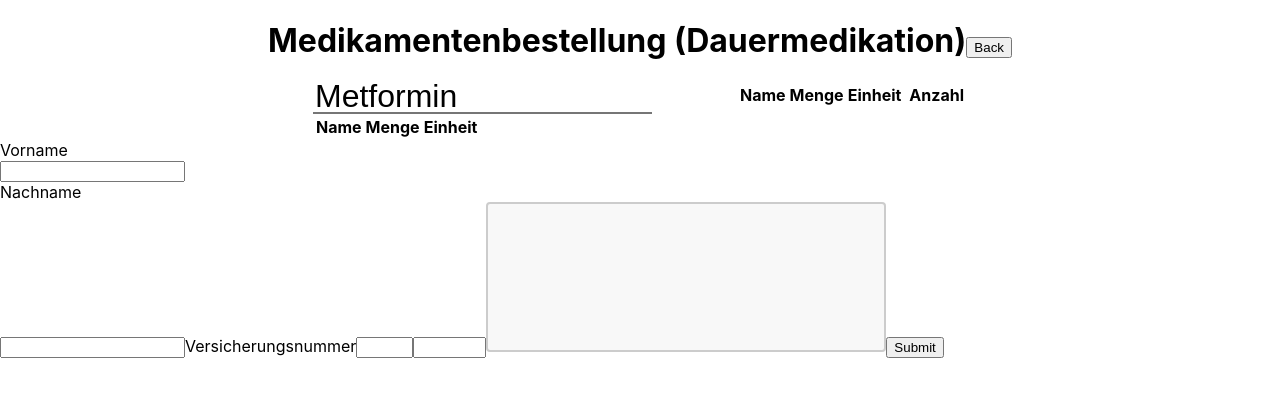
Repository: Esatollah/MedDemo
Page: / (app in client/)
The author's editor kept a copy of each file at every save. The page is drawn from the files as they stood at one save, then again after the next save.
The browser window is 1280 px wide. The pictures show the whole page.
The page's requests for data from a server got no answer. The project was rebuilt for these pictures with package versions that can differ from the ones it lists, and the page was loaded fresh each time. No one was signed in, and anything a server would have sent is missing. Also part of the build but not shown: client/src/App.css, client/src/Routes/Bestellungen.jsx.

Above is the page before, as saved 2022-06-09 16:15:25.

### client/src/App.js
import './App.css';
import SearchBar from './Routes/Search';
import {BrowserRouter, Routes, Route} from 'react-router-dom'
import Bestellungen from './Routes/Bestellungen';
import ReactModal from 'react-modal';

ReactModal.setAppElement('#root')
function App() {
  return (
    <BrowserRouter>
    <Routes>
      <Route path='/' element={<div><SearchBar/></div>}/>
      <Route path='/bestellungen' element={<div><Bestellungen/></div>}/>
    </Routes>
    </BrowserRouter>
  );
}

export default App;

### client/src/Routes/Search.jsx
import React, { useState, useEffect } from 'react'
import DrugAPI from '../api/DrugAPI';
import Form from '../components/Form';
import './Search.css'


const Search = () => {

  const [searchinput, setSearchinput] = useState("Metformin");
  const [drugs, setDrugs] = useState([]);
  const [cartitems, setCartitems] = useState([]);

  useEffect(() => {
    const fetchData = async () => {
      try {
        const result = await DrugAPI.get(`/?drugsearch=${searchinput}`)
        setDrugs(result.data.meds)
      } catch (err) {
        console.error(err);
      }
    }

    fetchData();

  }, [searchinput])

  const handleDrugClick = (e, x) => {
    const is_in_cart = cartitems.some(y => {
      if (y.id === x.id) {
        return true;
      }

      return false;
    })

    if (is_in_cart) {
      return
    }
    let temp = { ...x, anzahl: "1" }
    setCartitems([...cartitems, temp]);
  }

  const handleDelete = (e, x, index) => {
    let temp = [...cartitems]

    temp.splice(index, 1);

    setCartitems(temp);
  }

  const handleCountchange = (e, x, index) => {
    let temps = [...cartitems]
    let temp = {
      ...temps[index],
      anzahl: e.target.value
    }
    temps[index] = temp
    setCartitems(temps);

  }


  return (
    <>
      <h1>Medikamentenbestellung (Dauermedikation)<a href='/bestellungen'><button >Back</button></a></h1>
      <div className='order-container'>
        <div className='search-container'>
          <input type="search" placeholder="Suche" id="search" value={searchinput} onChange={e => setSearchinput(e.target.value)} />
          <div className='table-container'>
            <table className='drugtable'>
              <thead>
                <tr>
                  <th scope='col'>
                    Name
                  </th>
                  <th scope='col'>Menge</th>
                  <th scope='col'>Einheit</th>
                  <th scope='col'></th>
                </tr>
              </thead>
              <tbody>
                {drugs && drugs.map((x) => {
                  return (
                    <tr key={x.id} className="drug-row" >
                      <td className={x.name}>{x.name}</td>
                      <td>{x.menge}</td>
                      <td>{x.mengenart}</td>
                      <td><button onClick={(e) => { handleDrugClick(e, x) }}>+</ button></td>
                    </tr>
                  )
                })}
              </tbody>

            </table>
          </div>
        </div>

        <div className='cart-container'>
          <table>
            <thead>
              <tr>
                <th scope='col'>
                  Name
                </th>
                <th scope='col'>Menge</th>
                <th scope='col'>Einheit</th>
                <th scope='col'></th>
                <th scope='col'>Anzahl</th>
              </tr>
            </thead>
            <tbody>
              {cartitems && cartitems.map((x, index) => {
                if (x.abgabezahl) {
                  return (
                    <tr key={index} className="drug-row" >
                      <td>{x.name}</td>
                      <td>{x.menge}</td>
                      <td>{x.mengenart}</td>
                      <td><button onClick={(e) => handleDelete(e, x, index)}>-</button></td>
                      <td><select onChange={(e) => { handleCountchange(e, x, index) }}><option value="1">1</option><option value="2">2</option></select></td>
                    </tr>
                  )
                }
                return (
                  <tr key={index} className="drug-row" >
                    <td>{x.name}</td>
                    <td>{x.menge}</td>
                    <td>{x.mengenart}</td>
                    <td><button onClick={(e) => handleDelete(e, x, index)}>-</button></td>
                    <td>1</td>
                  </tr>
                )
              })}
            </tbody>
          </ table>
        </div>
      </div>

      <Form cartitems={cartitems} setCartitems={setCartitems} />
    </>
  )
}

export default Search

### client/src/api/DrugAPI.js
import axios from 'axios'

export default axios.create({
    baseURL: "http://localhost:5000/api"
})

### client/src/components/Form.jsx
import React, {useState}from 'react'
import DrugAPI from '../api/DrugAPI'
import './Form.css'

const Form = props => {

    const [fname, setFname] = useState('');
    const [lname, setLname] = useState('');
    const [vpin, setVpin] = useState('');
    const [vbday, setVbday] = useState('');
    const [anmerkungen, setAnmerkungen] = useState('');

    const handleSubmit = (e) => {

        e.preventDefault();
        const formdata = {
            fname,
            lname,
            vpin,
            vbday,
            anmerkungen
        }

        const fetchData = async () =>{
            try {
            await DrugAPI.post("/", {drugs:{...props.cartitems}, ...formdata})
            } catch (error) {
                console.error(error);
            }
    }

    fetchData();

    setFname('');setLname('');setVpin('');setVbday('');setAnmerkungen('');
    props.setCartitems([]);

}


  return (
    <div>
        <form onSubmit={(e) =>handleSubmit(e)}>
            <label htmlFor="fname">Vorname</label><br/>
            <input type="text" value={fname} id="fname" name="fname" onChange={(e)=> setFname(e.target.value)}required/><br/>
            <label htmlFor="lname">Nachname</label><br />
            <input type="text" id="lname" value={lname} onChange={(e) => setLname(e.target.value)}name="lname" required />
            <label htmlFor="pin">Versicherungsnummer</label>
            <input type="text" id="pin" value={vpin} onChange={(e) => setVpin(e.target.value)} name="pin" size="4" minLength="4"maxLength="4" required/>
            <input type="text" id="bday" value={vbday} onChange={(e) => setVbday(e.target.value)} name="bday" size="6" minLength={6} maxLength={6} required/>
            <textarea value={anmerkungen} onChange={(e) => setAnmerkungen(e.target.value)} name="message" rows="10" cols="30" className='textarea'>
            </textarea>
            <input type="submit" value="Submit" ></input><br />
        </form>
    </div>

  )
}

export default Form

### client/src/Routes/Search.css
#search {
    width:80%;
    height: 2rem;
    outline:none;
    border-top: hidden;
    border-right: hidden;
    border-left: hidden;
    font-size: 2rem;
}

.table-container {
    max-height: 200px;
    max-width: 80%;
    min-width:80%;
    overflow-y: auto;
}

h1 {
    display:flex;
    justify-content: center;
}

.order-container {
    justify-content: center;
    display: flex;
    flex-direction: row;
}

.search-container {
    max-width:40%;
}

.drug-row:hover {
    background-color: beige;
}

### client/src/components/Form.css
.textarea {
    width: 400px;
    height: 150px;
    padding: 12px 20px;
    box-sizing: border-box;
    border: 2px solid #ccc;
    border-radius: 4px;
    background-color: #f8f8f8;
    resize: none;
  }

Loaded but not shown: client/public/index.html (common file); client/src/index.js (common file); client/src/index.css (common file)

After the next save:
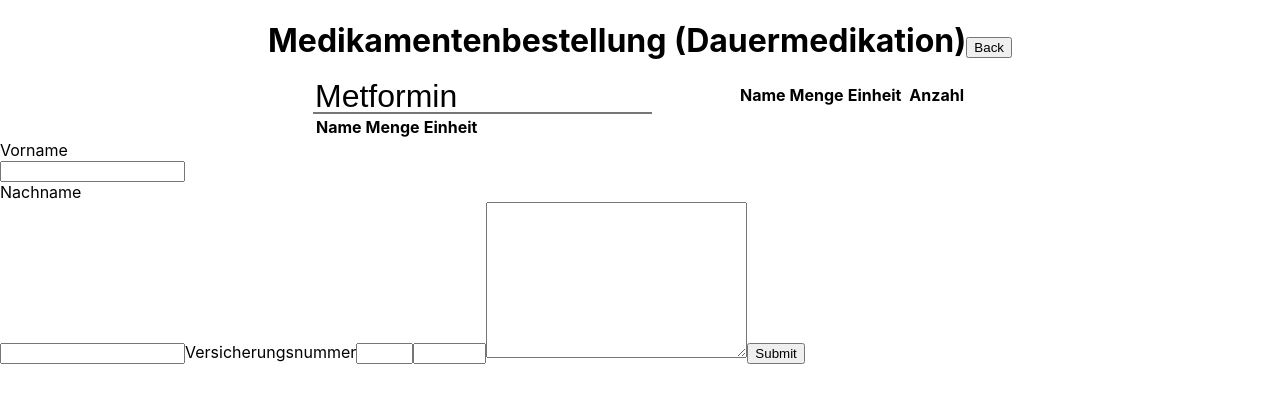
Saved 30 s later.
--- a/client/src/components/Form.jsx
+++ b/client/src/components/Form.jsx
@@ -1,6 +1,5 @@
 import React, {useState}from 'react'
 import DrugAPI from '../api/DrugAPI'
-import './Form.css'
 
 const Form = props => {
 
